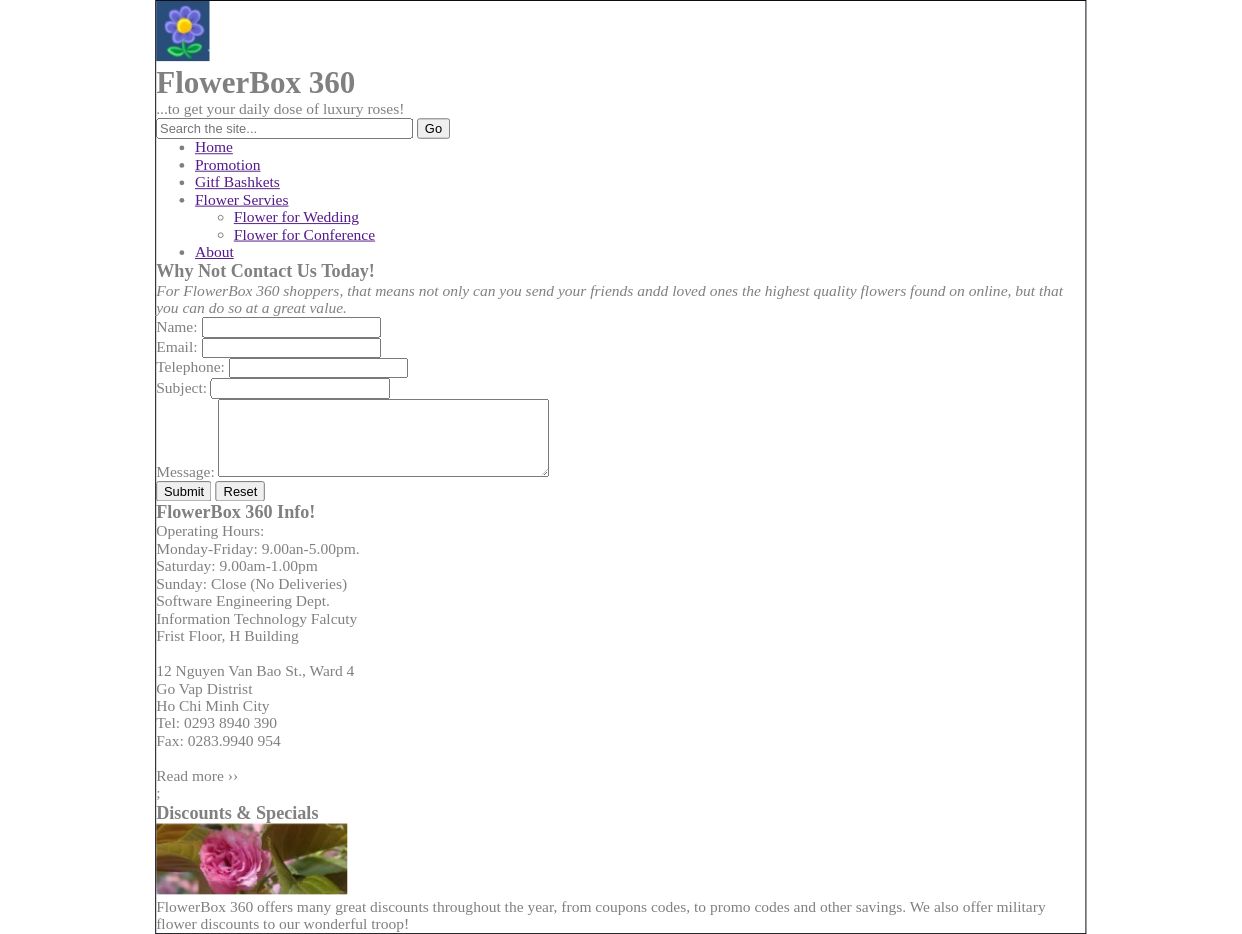
Repository: duongtheng/bai-tap-tuan-6
Page: html/index.html
The author's editor kept a copy of each file at every save. The page is drawn from the files as they stood at one save, then again after the next save.
The browser window is 1280 px wide. The pictures show the whole page, at 97% of full size.

Above is the page before, as saved 2022-03-23 13:50:40.

### html/index.html
<!DOCTYPE html>
<html lang="en">
<head>
    <meta charset="UTF-8">
    <meta http-equiv="X-UA-Compatible" content="IE=edge">
    <meta name="viewport" content="width=device-width, initial-scale=1.0">
    <title>Tuan 06</title>
    <link rel="stylesheet" href="../css/style.css">
</head>
<body>
    <header>
        <img src="../img/logo.jpg" alt="">
        <h1>FlowerBox 360</h1>
        <p>...to get your daily dose of luxury roses!</p>
        <form action="">
            <input type="search" id="txtSearch" placeholder="Search the site..." size="30">
            <button>Go</button>
        </form>
        <ul class="menu-parent">
            <li><a href="">Home</a></li>
            <li><a href="">Promotion</a></li>
            <li><a href="">Gitf Bashkets</a></li>
            <li><a href="">Flower Servies</a>
                <ul class="menu-child">
                    <li><a href="">Flower for Wedding</a></li>
                    <li><a href="">Flower for Conference</a></li>
                </ul>
            </li>
            <li><a href="">About</a></li>
        </ul>
    </header>
    <section>
        <h3>Why Not Contact Us Today!</h3>
        <form action="">
            <p><i>For FlowerBox 360 shoppers, that means not only can you send your friends andd loved ones
                the highest quality flowers found on online, but that you can do so at a great value.
            </i></p>
            <div class="form-row">
                <div class="form-col">
                    <label for="txtName">Name: </label>
                    <input type="text" id="txtName">
                </div>
                <div class="form-col">
                    <label for="txtEmail">Email: </label>
                    <input type="email" id="txtEmail">
                </div>
            </div>
            <div class="form-row">
                <div class="form-col">
                    <label for="txtName">Telephone: </label>
                    <input type="text" id="txtName">
                </div>
                <div class="form-col">
                    <label for="txtEmail">Subject: </label>
                    <input type="email" id="txtEmail">
                </div>
            </div>
            <div class="form-row">
                <label for="txtMessage">Message: </label>
                <textarea id="txtMessage" cols="40" rows="5"></textarea>
            </div>
            <div class="form-row">
                <button type="submit">Submit </button>
                <button type="reset">Reset </button>
            </div>
        </form>

    <div id="section-right">
        <h3>FlowerBox 360 Info!</h3>
        <p>
            Operating Hours: <br> Monday-Friday: 9.00an-5.00pm. <br> Saturday: 9.00am-1.00pm <br> Sunday: Close (No Deliveries) <br>
        </p>
        <p>
            Software Engineering Dept. <br> Information Technology Falcuty <br> Frist Floor, H Building <br><br>
        </p>
        <p>
            12 Nguyen Van Bao St., Ward 4 <br> Go Vap Distrist <br> Ho Chi Minh City <br> Tel: 0293 8940 390 <br> Fax: 0283.9940 954
        </p>
        <br>
        <p>Read more &#155;&#155;</p>;
    </div>
    </section>
    <aside>
        <h3>Discounts & Specials</h3>
        <img src="../img/flower.jpg" alt="">
        <p>
            FlowerBox 360 offers many great discounts throughout the year, from coupons codes, to promo codes and other savings.
            We also offer military flower discounts to our wonderful troop!
        </p>
    </aside>
</body>
</html>

### css/style.css
*{
    margin: 0 auto;
    box-sizing: border-box;
}

body{
    width: 960px;
    border: 1px solid rgb(6, 6, 14);
    color: gray;
}

After the next save:
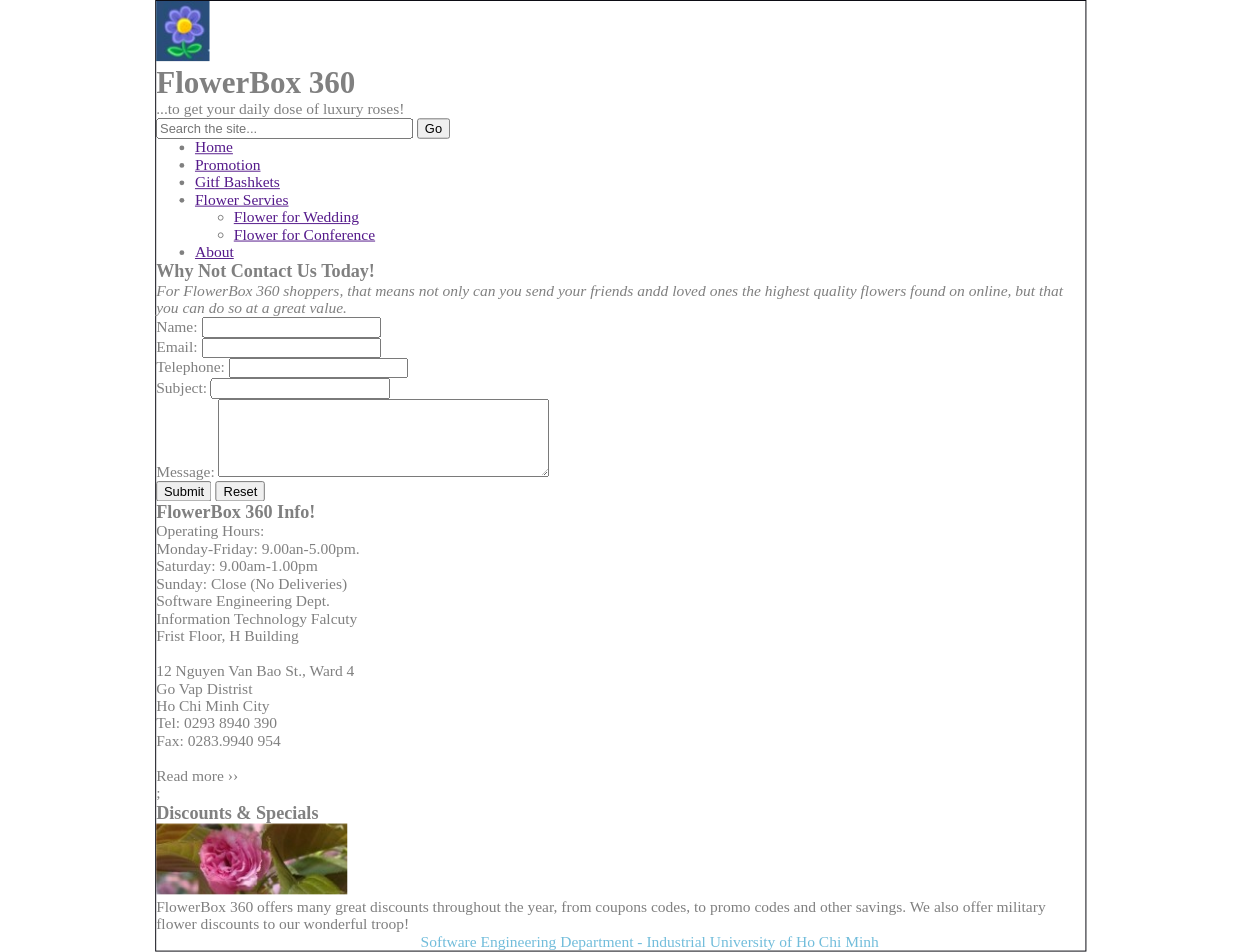
Saved 3 min 14 s later.
--- a/html/index.html
+++ b/html/index.html
@@ -88,5 +88,11 @@
             We also offer military flower discounts to our wonderful troop!
         </p>
     </aside>
+    <footer>
+        <p>
+            <span style="color: white;">Copyright &copy; 2022 - All Rights Reserved - </span>
+            <span style="color: rgb(114, 189, 219);">Software Engineering Department - Industrial University of Ho Chi Minh </span>
+        </p>
+    </footer>
 </body>
 </html>
